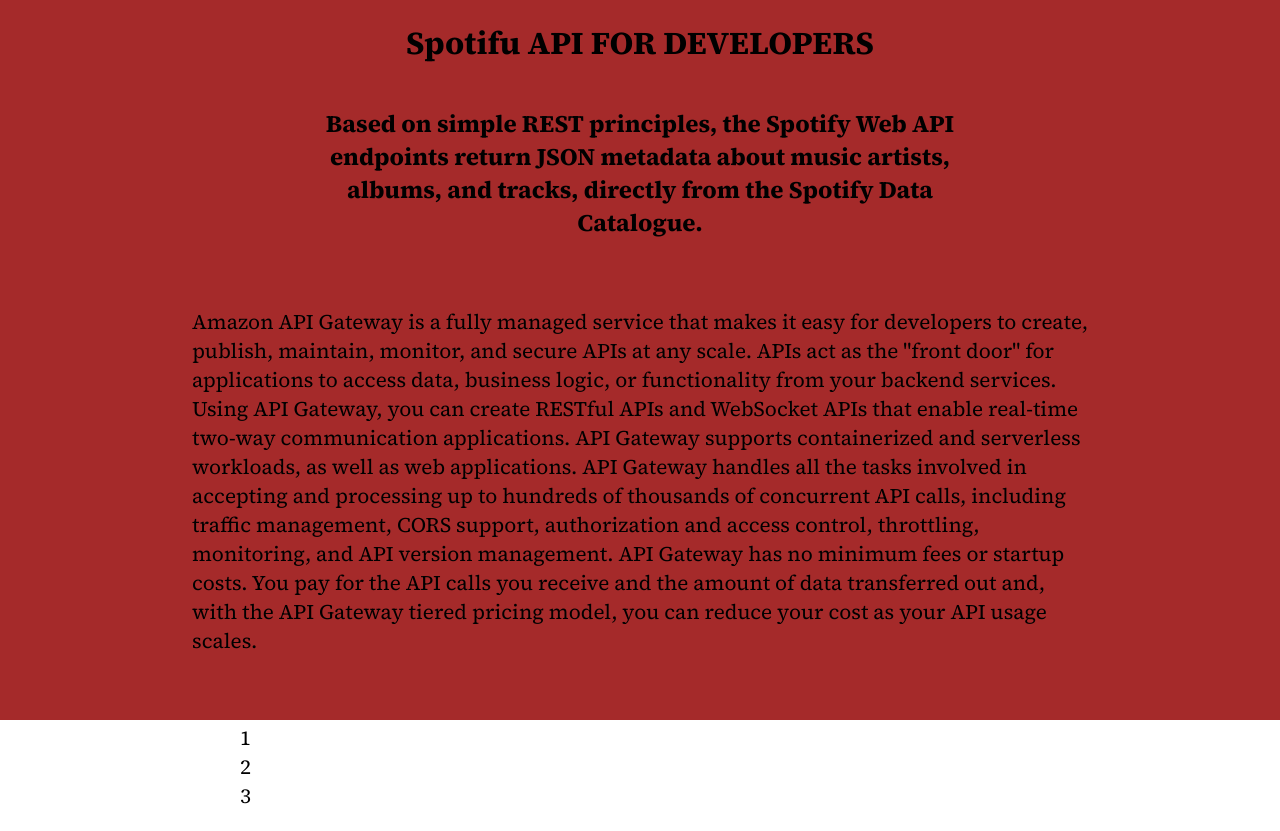
Repository: eliasihai/dizza-html-project
Page: index.html
These files come from the project's save history. The page is drawn as it stood at one moment and after the next save; the edit follows.
The browser window is 1280 px wide. The pictures show the whole page.

Above is the page before, as saved 2022-01-26 00:27:30.

### index.html
<!DOCTYPE html>
<html lang="en">
  <head>
    <meta charset="UTF-8" />
    <meta http-equiv="X-UA-Compatible" content="IE=edge" />
    <meta name="viewport" content="width=device-width, initial-scale=1.0" />
    <link rel="stylesheet" href="style.css" />
    <link rel="preconnect" href="https://fonts.googleapis.com" />
    <link rel="preconnect" href="https://fonts.gstatic.com" crossorigin />
    <link
      href="https://fonts.googleapis.com/css2?family=Source+Serif+4:ital,wght@0,300;0,400;0,500;0,700;1,300;1,700&display=swap"
      rel="stylesheet"
    />
    <title>Spotify API For</title>
  </head>
  <body>
    <div class="container">
      <div class="header_container">
        <!-- <div>
          <img
            src="./png-transparent-youtube-logo-youtube-logo-computer-icons-subscribe-angle-rectangle-airplane.png"
            width="150px"
            alt="This is AWS API image"
          />
        </div> -->
        <div class="title_style">
          <h1>Spotifu API FOR DEVELOPERS</h1>
          <h2>
            Based on simple REST principles, the Spotify Web API endpoints
            return JSON metadata about music artists, albums, and tracks,
            directly from the Spotify Data Catalogue.
          </h2>
        </div>
      </div>

      <div class="describe_container">
        <div class="describe_text">
          Amazon API Gateway is a fully managed service that makes it easy for
          developers to create, publish, maintain, monitor, and secure APIs at
          any scale. APIs act as the "front door" for applications to access
          data, business logic, or functionality from your backend services.
          Using API Gateway, you can create RESTful APIs and WebSocket APIs that
          enable real-time two-way communication applications. API Gateway
          supports containerized and serverless workloads, as well as web
          applications. API Gateway handles all the tasks involved in accepting
          and processing up to hundreds of thousands of concurrent API calls,
          including traffic management, CORS support, authorization and access
          control, throttling, monitoring, and API version management. API
          Gateway has no minimum fees or startup costs. You pay for the API
          calls you receive and the amount of data transferred out and, with the
          API Gateway tiered pricing model, you can reduce your cost as your API
          usage scales.
        </div>
        <div class="list_container">
          <ul>
            <ol>
              1
            </ol>
            <ol>
              2
            </ol>
            <ol>
              3
            </ol>
          </ul>
        </div>
      </div>
    </div>
  </body>
</html>

### style.css
body,
html {
  height: 100%;
  margin: 0;
  font-family: 'Source Serif 4', sans-serif;
}
.container {
  height: 100%;
  background-position: center;
  background-repeat: no-repeat;
  background-size: cover;
  background-color: brown;
  padding: 0 10rem;
}
.header_container {
  display: flex;
  flex-direction: column;
}
.title_style {
  display: flex;
  flex-direction: column;
  text-align: center;

}
.title_style h2{
    padding: 0 10rem;
}
.describe_container {
  /* display: flex; */
  font-size: 1.3rem;
}
.describe_text {
  margin: 3rem 2rem;
  flex: 50%;
}
.list_container {
  display: flex;
  align-items: center;
  justify-content: flex-start;
  flex: 50%;
}

After the next save:
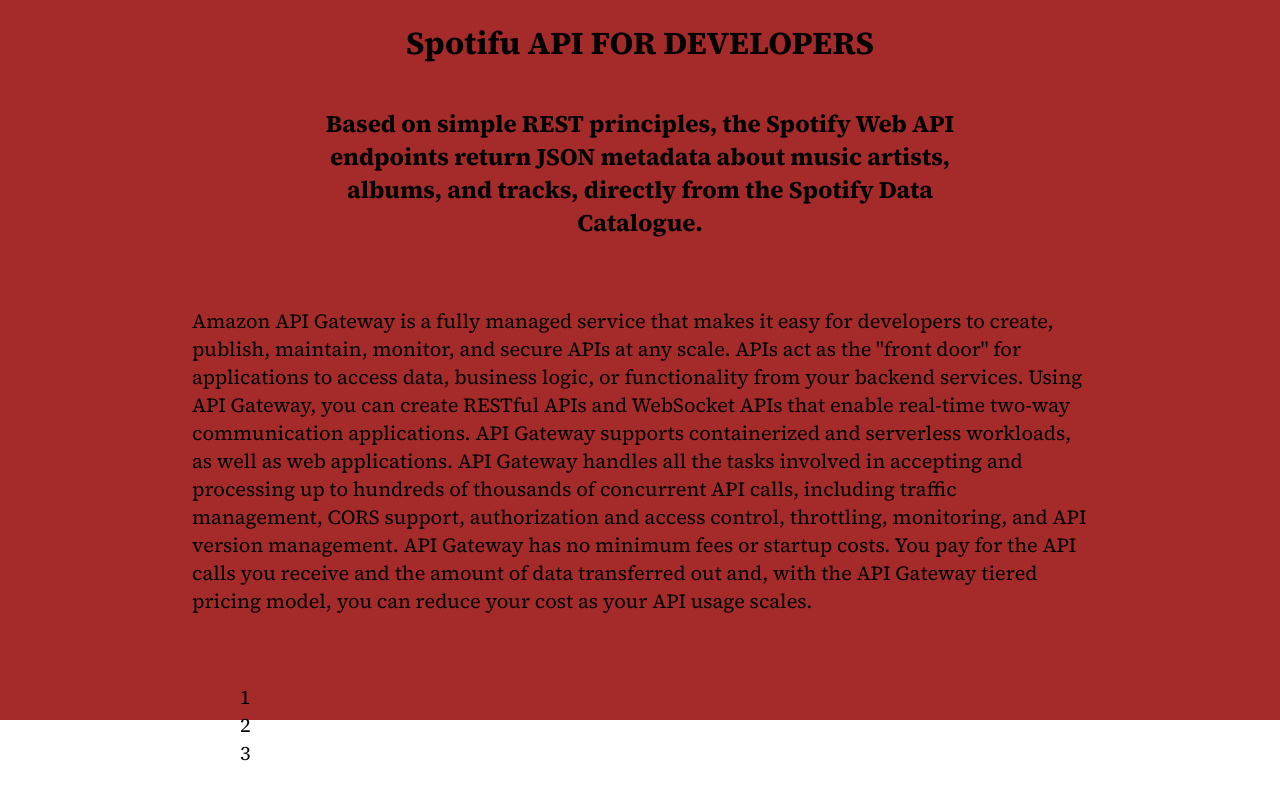
Saved 5 s later.
--- a/style.css
+++ b/style.css
@@ -27,7 +27,7 @@
 }
 .describe_container {
   /* display: flex; */
-  font-size: 1.3rem;
+  font-size: 1.25em;
 }
 .describe_text {
   margin: 3rem 2rem;
